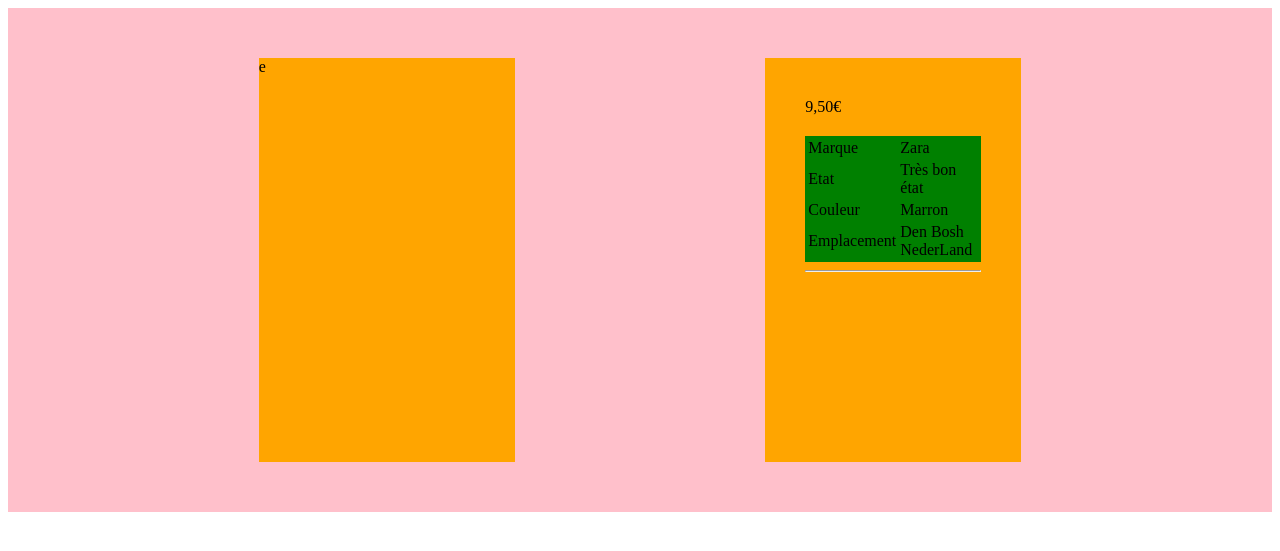
Repository: mel-in-a/vinted-front-clone
Page: html/offer.html
An editor plug-in stored every save of this project. The page is shown before and after the next save, followed by the edit.
The browser window is 1280 px wide. The pictures show the whole page.

Above is the page before, as saved 2021-07-29 16:31:10.

### html/offer.html
<!DOCTYPE html>
<html lang="en">
<head>
    <meta charset="UTF-8">
    <meta http-equiv="X-UA-Compatible" content="IE=edge">
    <meta name="viewport" content="width=device-width, initial-scale=1.0">
    <link rel="stylesheet" href="/offer.css">
    <title>Document</title>
</head>
<body>

        <div class="container-fluid">
            <div class="left">e</div>
            <div class="right">
                <div class="price">9,50€</div>
                <div class="horizontal">
                   <table>
                       <tr>
                           <td>Marque</td>
                           <td>Zara</td>
                       </tr>
                       <tr>
                        <td>Etat</td>
                        <td>Très bon état</td>
                    </tr>
                    <tr>
                        <td>Couleur</td>
                        <td>Marron</td>
                    </tr>
                    <tr>
                        <td>Emplacement</td>
                        <td>Den Bosh NederLand</td>
                    </tr>
                   </table>
                </div>
                <hr>

            </div>

    </div>
</body>
</html>

### html/offer.css
.container-fluid {
    width: 100%;
    display: flex;
    background-color:pink;
    height: 70vh;
    justify-content: space-evenly;
    align-items: center;

  }

  .left, .right {
    width: 20vw;
    background-color: orange;
    height: 80%;
  }

  .right {
      padding: 40px;
      box-sizing: border-box;
  }

  .horizontal {
    margin-top: 20px;
      background-color:green

  }

  .horizontal table {
      width: 100%;
  }

  hr {
      margin: 40
  }

After the next save:
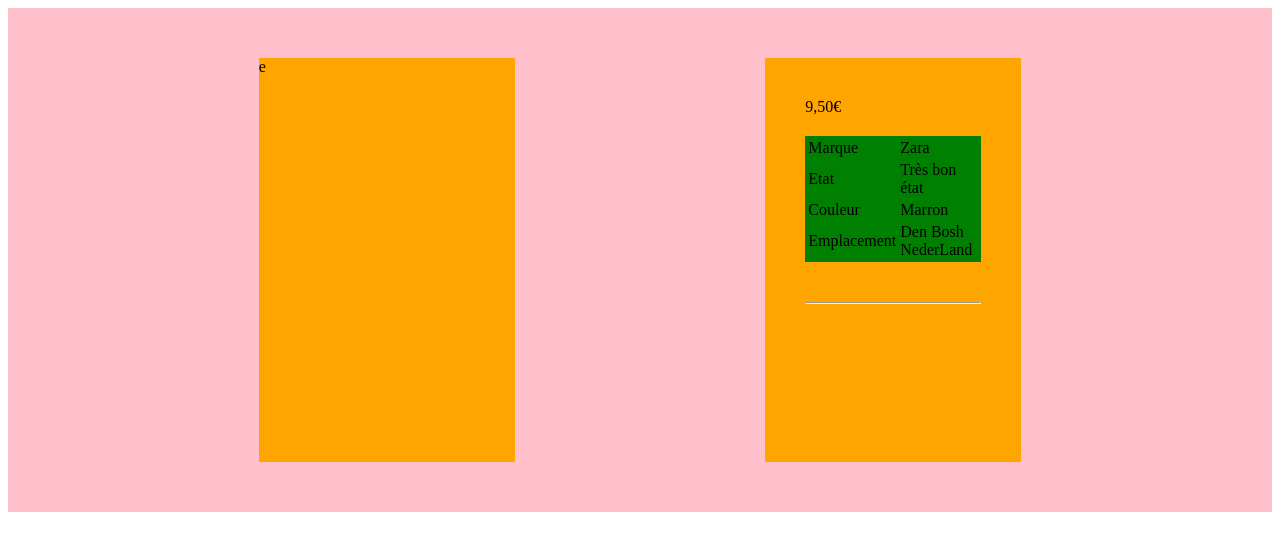
Saved 4 s later.
--- a/html/offer.css
+++ b/html/offer.css
@@ -30,5 +30,5 @@
   }
 
   hr {
-      margin: 40
+      margin: 40px 0
   }
